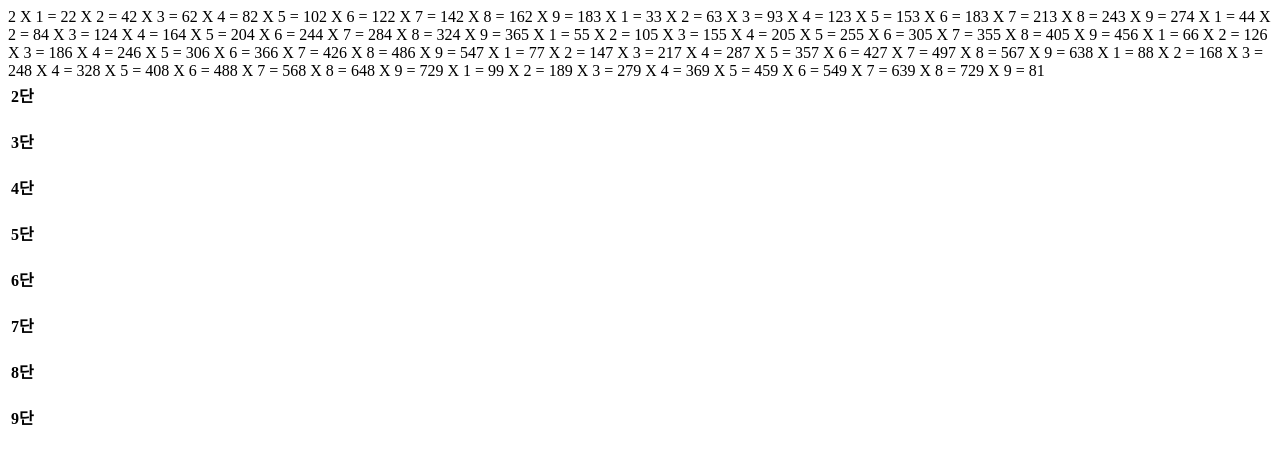
Repository: zodib0123/kdt_jsp
Page: http://localhost/MustHaveJSP/Mission/Gugudan1.jsp
The author's editor kept a copy of each file at every save. The page is drawn from the files as they stood at one save, then again after the next save.
The browser window is 1280 px wide. The pictures show the whole page.
The page is served by Tomcat 10. Other server files are loaded and not shown.

Above is the page before, as saved 2025-09-22 08:04:06.

### MustHaveJSP/src/main/webapp/Mission/Gugudan1.jsp
<%@page import="jdk.internal.org.jline.terminal.TerminalBuilder.SystemOutput"%>
<%@ page language="java" contentType="text/html; charset=UTF-8"
    pageEncoding="UTF-8"%>
<%!
public void gugudan(int n) {

}
%>
<!DOCTYPE html>
<html>
<head>
<meta charset="UTF-8">
<title>Insert title here</title>
</head>
<body>
<%
// for (int i = 2; i < 10; i++) {
// 	out.println("<h1>" + i + "단 </h1>");
// 	for (int j = 1; j < 10; j++) {
// 		out.println("<p>" + i + " X " + j + " = " + j * i + "</p>");
// 	}
// }
%>
<table>
<%
for (int i = 2; i < 10; i++) {
	out.println("<th>" + i + "단 </th>");

	for (int j = 1; j < 10; j++) {
		out.println("<tr>" + i + " X " + j + " = " + j * i + "</tr>");
	}

}
%>
</table>
</body>
</html>

After the next save:
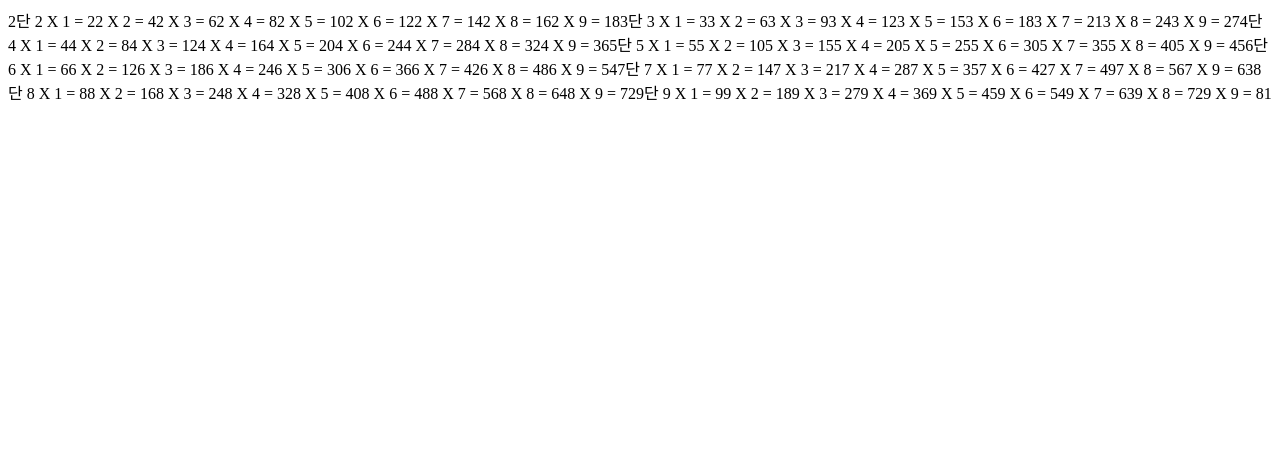
Saved 9 s later.
--- a/MustHaveJSP/src/main/webapp/Mission/Gugudan1.jsp
+++ b/MustHaveJSP/src/main/webapp/Mission/Gugudan1.jsp
@@ -24,7 +24,7 @@ public void gugudan(int n) {
 <table>
 <%
 for (int i = 2; i < 10; i++) {
-	out.println("<th>" + i + "단 </th>");
+	out.println("<tr>" + i + "단 </tr>");
 
 	for (int j = 1; j < 10; j++) {
 		out.println("<tr>" + i + " X " + j + " = " + j * i + "</tr>");
